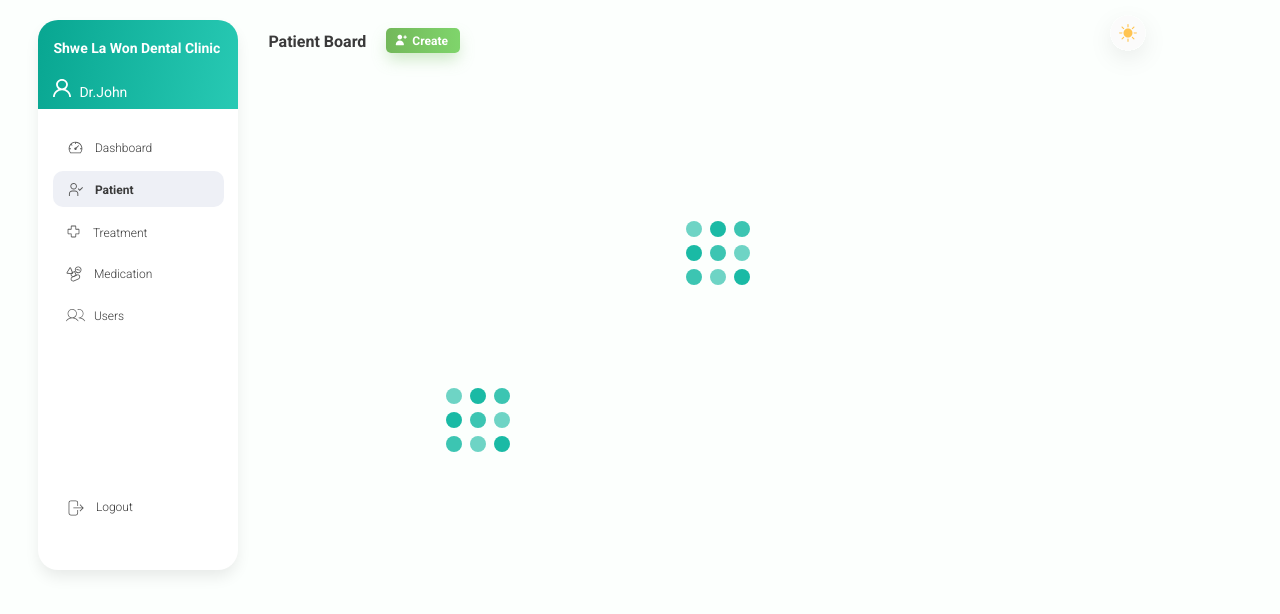
Repository: mrkaskar/frontendpatientrecord_typescript
Page: /patient
These files come from the project's save history. The page is drawn as it stood at one moment and after a run of saves; the edit follows.
The browser window is 1280 px wide. The pictures show the whole page.
The page's requests for data from a server got no answer. The project was rebuilt for these pictures with package versions that can differ from the ones it lists, and the page was loaded fresh each time. No one was signed in, and anything a server would have sent is missing. Also part of the build but not shown: src/components/checkbox/styles/index.css, src/components/checkbox/main.tsx, src/components/dropdown/styles/index.css, src/components/dropdown/main.tsx, src/components/iconbutton/styles/index.css, src/components/iconbutton/main.tsx, src/components/table/styles/index.css, src/components/table/main.tsx and 36 more.

Above is the page before, as saved 2021-12-26 21:30:07.

### src/index.tsx
import React from 'react';
import ReactDOM from 'react-dom';
import './index.css';
import { QueryClient, QueryClientProvider } from 'react-query';
import App from './App';
import ThemeProvider from './components/global/context/ThemeProvider';

const queryClient = new QueryClient();

ReactDOM.render(
  <ThemeProvider>
    <QueryClientProvider client={queryClient}>
      <App />
    </QueryClientProvider>
  </ThemeProvider>,
  document.getElementById('root'),
);

### src/index.css
body {
  margin: 0;
  font-family: -apple-system, BlinkMacSystemFont, 'Segoe UI', 'Roboto', 'Oxygen',
    'Ubuntu', 'Cantarell', 'Fira Sans', 'Droid Sans', 'Helvetica Neue',
    sans-serif;
  -webkit-font-smoothing: antialiased;
  -moz-osx-font-smoothing: grayscale;
}
body,
html {
  margin: 0;
  padding: 0;
}
* {
  box-sizing: border-box;
}
code {
  font-family: source-code-pro, Menlo, Monaco, Consolas, 'Courier New',
    monospace;
}

### src/App.tsx
import React, { useContext } from 'react';
import './App.css';
import {
  BrowserRouter as Router,
  Switch,
  Route,
} from 'react-router-dom';
import Colors from './components/global/themes/colors';
import { Toggler, Navbar } from './components';
import { ThemeContext } from './components/global/context/ThemeProvider';
import Dashboard from './screens/large/Dashboard';
import Patient from './screens/large/Patient';
import Medication from './screens/large/Medication';
import Treatment from './screens/large/Treatment';
import Users from './screens/large/Users';

function App():JSX.Element {
  const { theme } = useContext(ThemeContext);
  return (
    <div
      className="App"
      style={{
        backgroundColor: Colors.background[theme],
      }}
    >
      <Router>
        <div id="space">
          <div id="nav-space">
            <Navbar />
          </div>
          <div id="body-space">
            <span id="toggler">
              <Toggler />
            </span>
            <Switch>
              <Route path="/" exact component={Dashboard} />
              <Route path="/patient" exact component={Patient} />
              <Route path="/medication" exact component={Medication} />
              <Route path="/treatment" exact component={Treatment} />
              <Route path="/users" exact component={Users} />
            </Switch>
          </div>
        </div>
      </Router>
    </div>

  );
}

export default App;

### src/components/global/context/ThemeProvider.tsx
import React, { createContext } from 'react';

type Theme = 'light' | 'dark';

export interface IThemeContext {
  theme: Theme;
  toggleTheme: () => null
}
export const ThemeContext = createContext<IThemeContext>({
  theme: 'light',
  toggleTheme: () => null,
});

function ThemeProvider({ children }:{children: JSX.Element}):JSX.Element {
  const [theme, setTheme] = React.useState<Theme>('light');
  let toggleTheme = ():null => {
    setTheme((prevTheme) => (prevTheme === 'light' ? 'dark' : 'light'));
    return null;
  };
  toggleTheme = React.useCallback(toggleTheme, []);

  return (
    <ThemeContext.Provider
      value={{ theme, toggleTheme }}
    >
      {children}
    </ThemeContext.Provider>
  );
}

export default ThemeProvider;

### src/App.css
@import url('https://fonts.googleapis.com/css2?family=Roboto&display=swap');
@import url('https://fonts.googleapis.com/css2?family=Roboto:wght@100;300;400;700&display=swap');
body {
  font-family: 'Roboto', sans-serif;
}

.App {
  transition: 0.3s;
  padding-left: 3%;
  height: 100vh;
  overflow: auto;
}

#space {
  display: flex;
  padding-top: 20px;
}

#body-space {
  position: relative;
  padding-left: 30px;
  padding-top: 0px;
}
#toggler {
  position: absolute;
  right: 0;
  top: -20px;
}

.board-title {
  font-weight: bold;
  display: inline-block;
  margin-top: 8px;
}
#patient-create:hover {
  cursor: pointer;
}
select {
  font-size: 12px;
  height: 24px;
  margin-top: 10px;
  padding: 3px 5px 3px 5px;
  border-radius: 5px;
  border: none;
}

select:focus {
  outline: none;
}

### src/components/global/themes/colors/index.ts
export default {
  background: {
    light: '#FCFFFD',
    dark: '#222626',
  },
  inputback: {
    light: '#F3F3F3',
    dark: '#414141',
  },
  level1: {
    light: '#FFFFFF',
    dark: '#2C2D31',
  },
  text: {
    light: '#3A3A3A',
    dark: '#FFFFFF',
  },
  lightText: {
    light: '#595959',
    dark: '#FFFFFF',
  },
};

### src/components/index.ts
export { default as Checkbox } from './checkbox';
export { default as Dropdown } from './dropdown';
export { default as Table } from './table';
export { default as Toggler } from './global/themes';
export { default as TextBox } from './textbox';
export { default as Modal } from './modal';
export { default as Image } from './imageupload';
export { default as Navbar } from './navbar';
export { default as Dashcard } from './dashcard';
export { default as Button } from './button';
export { default as Loader } from './loading';

### src/screens/large/Patient.tsx
import React, { ReactElement } from 'react';
import { ThemeContext } from '../../components/global/context/ThemeProvider';
import colors from '../../components/global/themes/colors';
import { ReactComponent as Add } from '../../assets/addpatient.svg';
import './Patient.css';
import PatientTable from '../../modules/patient/components/PatientTable';
import CreateModal from '../../modules/patient/components/CreateModal';

function Patient():ReactElement {
  const { theme } = React.useContext(ThemeContext);
  const [modal, setModal] = React.useState(false);
  return (
    <div>
      {modal && <CreateModal modal={modal} setModal={setModal} />}
      <span
        className="board-title"
        style={{
          color: colors.text[theme],
        }}
      >
        Patient Board
        <span
          aria-hidden="true"
          onClick={() => setModal(true)}
          id="patient-create"
          style={{
            display: 'inline-block',
            background: 'linear-gradient(90deg, #73B85A 0%, #87E777 165%)',
            boxShadow: '0px 8px 16px -2px rgba(116, 186, 92, 0.35)',
            borderRadius: '5px',
            boxSizing: 'border-box',
            paddingLeft: '8px',
            width: '74px',
            height: '25px',
            color: 'white',
            paddingTop: '4px',
            position: 'relative',
            marginLeft: '20px',
          }}
        >
          <Add />
          <span style={{
            fontSize: '12px',
            position: 'absolute',
            top: '6px',
            left: '26px',
          }}
          >
            Create
          </span>
        </span>
      </span>

      <div id="patient-board-body">
        <PatientTable />
      </div>
    </div>
  );
}

export default Patient;

### src/modules/patient/components/PatientTable.tsx
import React, { ReactElement } from 'react';
import { useMutation, useQuery, useQueryClient } from 'react-query';
import { Loader, Table } from '../../../components';
import DetailModal from './DetailModal';
import { deletePatient, getAllPatient } from '../api/apiFunctions';
import CreateModal from './CreateModal';
import DeleteModal from '../../global/DeleteModal';

function PatientTable():ReactElement {
  const [detailModal, setDetailModal] = React.useState(false);
  const [editModal, setEditModal] = React.useState(false);
  const [deleteModal, setDeleteModal] = React.useState(false);
  const allpatient = useQuery('patients', getAllPatient);
  const [detailid, setDetailid] = React.useState('initial');
  const [data, setData] = React.useState<{headers:string[], body:string[][]}>({
    headers: ['Registration', 'Name', 'Phone', 'Age', 'Address', 'Actions'],
    body: [[]],
  });
  const [chosen, setChosen] = React.useState<
  {
    id: string
    folderId: string
    reg: string
    name: string
    phone: string
    age: string
    address: string
    total: number
    date: string
    takenTreatment: {id: string, tname: string, cost: number}[]
    medicine: {id: string, mname: string, munit: number, cost: number, stock: string}[]
    medCount: number[]
    images: string[]
  }
  >();
  React.useEffect(() => {
    if (allpatient.data) {
      const patients:string[][] = [];
      allpatient.data.forEach((patient) => {
        patients.push([
          patient.reg,
          patient.name,
          patient.phone,
          patient.age,
          patient.address,
          'actions',
          patient.id,
        ]);
      });
      setData({ ...data, body: patients });
    }
  // eslint-disable-next-line react-hooks/exhaustive-deps
  }, [allpatient.data, detailid]);

  React.useEffect(() => {
    if (detailid.length >= 10 && data.body.length > 0 && allpatient.data) {
      const patient = allpatient.data.find((e) => e.id === detailid);
      if (patient) {
        const { treatment } = patient;
        const chosenP = {
          id: patient.id,
          folderId: patient.folderId,
          reg: patient.reg,
          name: patient.name,
          phone: patient.phone,
          age: patient.age,
          address: patient.address,
          total: patient.total,
          date: patient.date,
          // eslint-disable-next-line no-underscore-dangle
          takenTreatment: treatment.map((ee) => ({ id: ee._id, tname: ee.name, cost: +ee.charge })),
          // eslint-disable-next-line max-len
          medicine: patient.medicine.map((ee, index) => ({
          // eslint-disable-next-line no-underscore-dangle
            id: ee._id,
            mname: ee.name,
            munit: patient.medCount[index],
            cost: +ee.price,
            stock: ee.stock,
          })),
          medCount: patient.medCount,
          images: patient.images,
        };
        setChosen(chosenP);
      }
    }
  // eslint-disable-next-line react-hooks/exhaustive-deps
  }, [data.body, detailid]);

  const queryClient = useQueryClient();

  // eslint-disable-next-line max-len
  const deleteP = useMutation((dataid:{id: string, folderId: string}) => deletePatient(dataid), {
    onSuccess: () => {
      setDeleteModal(false);
    },
  });
  const todelete = ():void => {
    if (chosen) {
      setTimeout(() => {
        setData({ ...data, body: data.body.filter((e) => e[6] !== chosen.id) });
      }, 100);
      setTimeout(() => {
        queryClient.removeQueries('patients');
      }, 100);
      deleteP.mutate({ id: chosen.id, folderId: chosen.folderId });
    }
  };
  return (
    <div>

      {
      detailModal && chosen && (
      <DetailModal
        userdata={chosen}
        setDetailModal={setDetailModal}
      />
      )
    }
      {
      editModal && chosen && (
        <CreateModal
          modal={editModal}
          setModal={setEditModal}
          patientdata={chosen}
        />
      )
    }
      {
        // eslint-disable-next-line no-nested-ternary
        deleteModal && !deleteP.isLoading ? (
          <DeleteModal
            setDeleteModal={setDeleteModal}
            confirm={todelete}
          />
        ) : 1 < 2
          ? (
            <div
              style={{
                height: '400px',
                display: 'flex',
                justifyContent: 'center',
                alignItems: 'center',
                position: 'absolute',
                left: '200px',
                top: '200px',
              }}
            >
              <Loader />
            </div>
          )
          : null
      }
      <div style={{ width: '900px' }}>
        {
      allpatient.isLoading
        ? (
          <div
            style={{
              height: '400px',
              display: 'flex',
              justifyContent: 'center',
              alignItems: 'center',
            }}
          >
            <Loader />
          </div>
        )
        : (
          <Table
            setDetailModal={setDetailModal}
            setEditModal={setEditModal}
            setDeleteModal={setDeleteModal}
            setDetailid={setDetailid}
            data={data}

          />
        )
    }
      </div>
    </div>
  );
}

export default PatientTable;

### src/components/global/themes/main.tsx
import React, { CSSProperties } from 'react';
import { ThemeContext } from '../context/ThemeProvider';
import { ReactComponent as Moon } from './assets/moon.svg';
import { ReactComponent as Sun } from './assets/sun.svg';

function Toggler():JSX.Element {
  const { theme, toggleTheme } = React.useContext(ThemeContext);

  const styles :CSSProperties = {
    width: 80,
    height: 80,
    display: 'flex',
    justifyContent: 'center',
    alignItems: 'center',
  };
  return (
    <div>
      {
        theme === 'light'
          ? (
            <div style={styles} aria-hidden="true" onClick={toggleTheme}>
              <Sun />
            </div>
          )
          : (
            <div style={styles} aria-hidden="true" onClick={toggleTheme}>
              <Moon />
            </div>
          )
      }
    </div>
  );
}

export default Toggler;

### src/components/navbar/main.tsx
import React, { ReactElement } from 'react';
import { Link, useLocation } from 'react-router-dom';

import Navitem from './nav-item';
import './styles/index.css';
import { ReactComponent as User } from './assets/user.svg';
import { ReactComponent as Home } from './assets/home.svg';
import { ReactComponent as Patient } from './assets/patient.svg';
import { ReactComponent as Treatment } from './assets/treatment.svg';
import { ReactComponent as Medicine } from './assets/medicine.svg';
import { ReactComponent as Users } from './assets/users.svg';
import { ReactComponent as Logout } from './assets/logout.svg';
import colors from '../global/themes/colors';
import { ThemeContext } from '../global/context/ThemeProvider';

const paths = {
  dashboard: '/',
  patient: '/patient',
  treatment: '/treatment',
  medication: '/medication',
  users: '/users',
};
function Navbar():ReactElement {
  const { theme } = React.useContext(ThemeContext);
  const { pathname } = useLocation();
  const {
    dashboard, patient, treatment, medication, users,
  } = paths;
  return (
    <div
      id="nav-wrapper"
      style={{
        backgroundColor: colors.level1[theme],
      }}
    >
      <div id="nav-header">
        <span id="title">
          Shwe La Won Dental Clinic
        </span>
        <span id="usericon">
          <User />
        </span>
        <span id="username">
          Dr.John
        </span>
      </div>
      <div
        id="nav-body"
        style={{
          color: colors.text[theme],
        }}
      >

        <Link to={dashboard}>
          <Navitem
            Icon={Home}
            label="Dashboard"
            active={pathname === dashboard}
            theme={theme}
          />
        </Link>
        <Link to={patient}>
          <Navitem
            Icon={Patient}
            label="Patient"
            theme={theme}
            active={pathname === patient}
          />
        </Link>
        <Link to={treatment}>
          <Navitem
            Icon={Treatment}
            label="Treatment"
            theme={theme}
            active={pathname === treatment}
          />
        </Link>
        <Link to={medication}>
          <Navitem
            Icon={Medicine}
            label="Medication"
            theme={theme}
            active={pathname === medication}
          />
        </Link>
        <Link to={users}>
          <Navitem
            Icon={Users}
            label="Users"
            theme={theme}
            active={pathname === users}
          />
        </Link>
        <div style={{
          height: '150px',
        }}
        />
        <Navitem
          Icon={Logout}
          label="Logout"
          theme={theme}
        />

      </div>
    </div>
  );
}

export default Navbar;

### src/components/loading/main.tsx
import React, { ReactElement } from 'react';
import './styles/index.css';

function Loader():ReactElement {
  return (

    <div className="lds-grid">
      <div />
      <div />
      <div />
      <div />
      <div />
      <div />
      <div />
      <div />
      <div />
    </div>
  );
}

export default Loader;

### src/helpers/api/backend.ts
// const base = 'https://backendpatientapp.herokuapp.com';
const base = 'http://localhost:5000';
export const url = `${base}/api`;

### src/modules/patient/api/apiFunctions.ts
import axios from 'axios';
import { url } from '../../../helpers/api/backend';

export interface IPatient {
  id: string;
  reg: string;
  name: string;
  phone: string;
  age: string;
  address: string;
  folderId: string;
  total: number;
  date: string;
  treatment: {_id: string, name: string, charge: string}[];
  medicine: {_id: string, name: string, price: string, stock: string}[];
  medCount: number[];
  images: string[];
}

export async function getAllPatient(): Promise<IPatient[]> {
  const result = await axios.get(`${url}/patients/get`);
  const { data } = result;

  return data;
}

export interface IUploadPatient {
  name: string;
  phone: string;
  address: string;
  regNum: string;
  age: string;
  total: number;
  treatments: string;
  medicine: string;
  images: string;
  id?:string;
}
export async function createPatient(data:IUploadPatient): Promise<void> {
  try {
    await axios.post(`${url}/patients/add`, data);
  } catch {
    throw new Error();
  }
}

export async function updatePatient(data:IUploadPatient): Promise<void> {
  try {
    await axios.post(`${url}/patients/update`, data);
  } catch {
    throw new Error();
  }
}

export async function deletePatient(data:{id: string, folderId: string}): Promise<void> {
  try {
    await axios.post(`${url}/patients/delete`, data);
  } catch {
    throw new Error();
  }
}

### src/components/navbar/styles/index.css
#nav-wrapper {
  box-shadow: 0px 8px 16px -2px rgba(0, 0, 0, 0.09);
  border-radius: 20px;
  width: 200px;
  height: 550px;
}

#nav-header {
  box-sizing: border-box;
  background: linear-gradient(100.95deg, #09a792 2.81%, #32d5bf 132.37%);
  border-radius: 20px 20px 0px 0px;
  width: 200px;
  height: 89px;
  color: white;
  padding-top: 20px;
  padding-left: 15px;
  font-size: 14px;
  margin-bottom: 20px;
}

#title {
  font-weight: bold;
  display: block;
  margin-bottom: 23px;
}

#username {
  margin-left: 8px;
}

a {
  color: inherit;
  text-decoration: none;
}

### src/components/loading/styles/index.css
.lds-grid {
  display: inline-block;
  position: relative;
  width: 80px;
  height: 80px;
}
.lds-grid div {
  position: absolute;
  width: 16px;
  height: 16px;
  border-radius: 50%;
  background: rgb(0, 179, 155);
  animation: lds-grid 1.2s linear infinite;
}
.lds-grid div:nth-child(1) {
  top: 8px;
  left: 8px;
  animation-delay: 0s;
}
.lds-grid div:nth-child(2) {
  top: 8px;
  left: 32px;
  animation-delay: -0.4s;
}
.lds-grid div:nth-child(3) {
  top: 8px;
  left: 56px;
  animation-delay: -0.8s;
}
.lds-grid div:nth-child(4) {
  top: 32px;
  left: 8px;
  animation-delay: -0.4s;
}
.lds-grid div:nth-child(5) {
  top: 32px;
  left: 32px;
  animation-delay: -0.8s;
}
.lds-grid div:nth-child(6) {
  top: 32px;
  left: 56px;
  animation-delay: -1.2s;
}
.lds-grid div:nth-child(7) {
  top: 56px;
  left: 8px;
  animation-delay: -0.8s;
}
.lds-grid div:nth-child(8) {
  top: 56px;
  left: 32px;
  animation-delay: -1.2s;
}
.lds-grid div:nth-child(9) {
  top: 56px;
  left: 56px;
  animation-delay: -1.6s;
}
@keyframes lds-grid {
  0%,
  100% {
    opacity: 1;
  }
  50% {
    opacity: 0.5;
  }
}

### src/components/navbar/nav-item/main.tsx
import React, { ReactElement } from 'react';
import './styles/index.css';

interface INavItem{
  Icon: React.FunctionComponent<React.SVGProps<SVGSVGElement>>
  label: string
  active?: boolean
  theme: 'dark' | 'light'
}

function Navitem({
  Icon, label, active, theme,
}:INavItem):ReactElement {
  return (
    <div
      className={`nav-item-wrapper ${active ? 'nav-active' : null}`}
      style={{
        // eslint-disable-next-line no-nested-ternary
        backgroundColor: active ? (theme === 'light' ? '#EEF0F6' : '#35363B') : '',

      }}
    >
      <div className={`nav-icon ${label}-icon`}>
        <Icon
          style={{
            filter: `${theme === 'dark' ? 'invert(100%) sepia(0%) saturate(8%) hue-rotate(236deg) brightness(104%) contrast(105%)' : ''}`,
          }}
        />
      </div>
      <div className={`nav-label ${label}`}>
        {label}
      </div>
    </div>
  );
}

Navitem.defaultProps = {
  active: false,
};

export default Navitem;

### src/components/navbar/nav-item/styles/index.css
.nav-item-wrapper {
  box-sizing: border-box;
  padding: 11px 0px 7px 15px;
  height: 36px;
  font-size: 12px;
  width: 171px;
  margin: 0 auto;
  display: flex;
  margin-bottom: 6px;
  font-weight: 300;
}
.nav-item-wrapper:hover {
  cursor: pointer;
}

.nav-active {
  font-weight: bold;
  border-radius: 10px;
}
.nav-label {
  margin-left: 12px;
  display: inline-block;
  height: 15px;
}
.Users {
  margin-top: 1px;
  margin-left: 8px;
}
.Dashboard {
  margin-top: 1px;
}
.Patient {
  margin-top: 1px;
}
.Medication {
  margin-top: 1px;
  margin-left: 10px;
}
.Treatment {
  margin-top: 2px;
}
.Treatment-icon {
  margin-left: -2px;
}
.Medication-icon {
  margin-left: -4px;
  margin-top: -2px;
}
.Users-icon {
  margin-left: -3px;
  margin-top: -3px;
}

Loaded but not shown: public/index.html (common file); src/components/checkbox/index.ts (common file); src/components/dropdown/index.ts (common file); src/components/table/index.ts (common file); src/components/global/themes/index.ts (common file); src/components/textbox/index.ts (common file); src/components/modal/index.ts (common file); src/components/imageupload/index.ts (common file); src/components/navbar/index.ts (common file); src/components/dashcard/index.ts (common file); src/components/button/index.ts (common file); src/components/loading/index.ts (common file); src/components/navbar/nav-item/index.ts (common file)

After the next 2 saves:
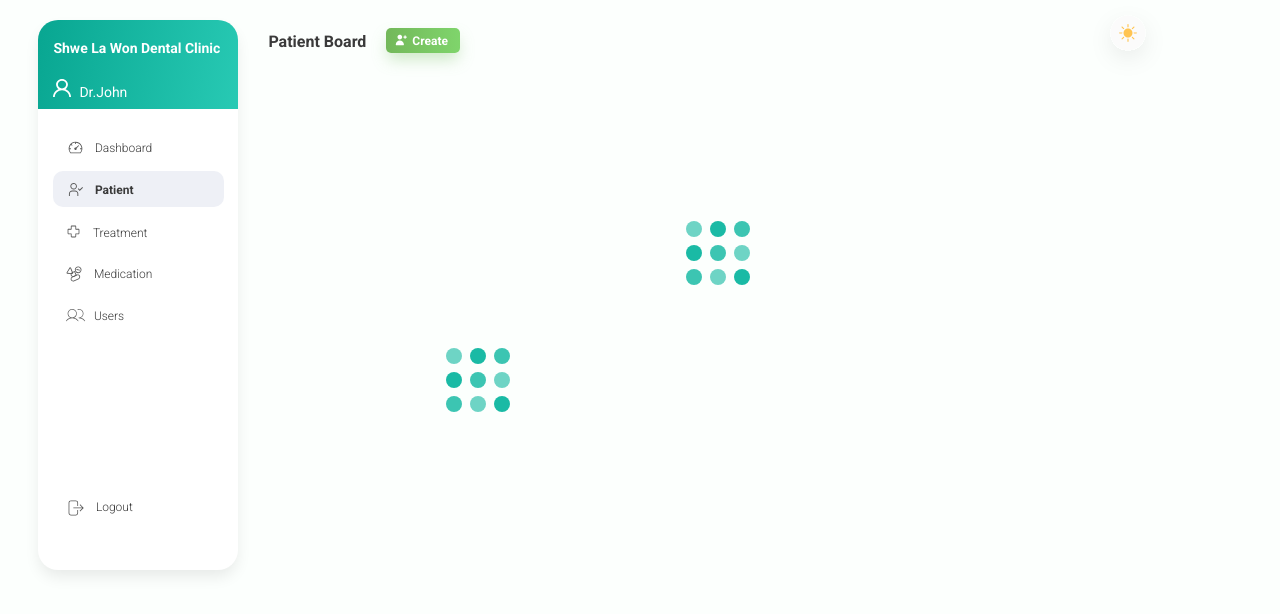
The 2 saves are shown as one change because they came seconds apart.
The last was saved 9 s later.
--- a/src/modules/patient/components/PatientTable.tsx
+++ b/src/modules/patient/components/PatientTable.tsx
@@ -143,7 +143,7 @@ function PatientTable():ReactElement {
                 alignItems: 'center',
                 position: 'absolute',
                 left: '200px',
-                top: '200px',
+                top: '160px',
               }}
             >
               <Loader />
